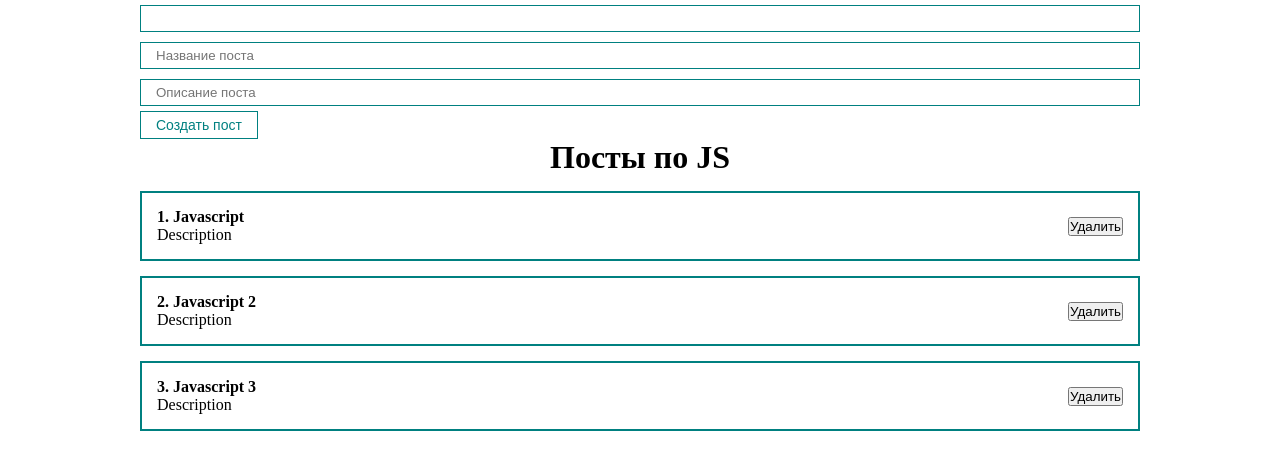
Repository: otvertka/ulb
Page: /
These files come from the project's save history. The page is drawn as it stood at one moment and after the next save; the edit follows.
The browser window is 1280 px wide. The pictures show the whole page.
The project was rebuilt for these pictures with package versions that can differ from the ones it lists, and the page was loaded fresh each time. Also part of the build but not shown: src/components/Counter.jsx, src/components/ClassCounter.jsx.

Above is the page before, as saved 2023-06-10 16:28:55.

### public/index.html
<!DOCTYPE html>
<html lang="en">
  <head>
    <meta charset="utf-8" />
    <meta name="viewport" content="width=device-width, initial-scale=1" />

    <title>React App</title>
  </head>
  <body>
    <noscript>You need to enable JavaScript to run this app.</noscript>
    <div id="root">
      <!-- ЗДЕСЬ БУДЕТ НАШЕ JS ПРИЛОЖЕНИЕ -->
    </div>
  </body>
</html>

### src/index.js
import React from "react";
import ReactDOM from "react-dom";
import App from "./App";

// const root = ReactDOM.createRoot(document.getElementById("root"));
// root.render(<App />);
ReactDOM.render(<App />, document.getElementById("root"));

### src/App.js
import React, { useState } from "react";
import Counter from "./components/Counter";
import ClassCounter from "./components/ClassCounter";
import "./styles/App.css";
import PostItem from "./components/PostItem";
import PostList from "./components/PostList";
import MyButton from "./components/UI/button/MyButton";
import MyInput from "./components/UI/input/MyInput";

function App() {
  const [posts, setPosts] = useState([
    { id: 1, title: "Javascript", body: "Description" },
    { id: 2, title: "Javascript 2", body: "Description" },
    { id: 3, title: "Javascript 3", body: "Description" },
  ]);

  // импортируем компонент
  return (
    <div className="App">
      <form>
        <MyInput></MyInput>
        <MyInput type="text" placeholder="Название поста"></MyInput>
        <MyInput type="text" placeholder="Описание поста"></MyInput>
        <MyButton disabled>Создать пост</MyButton>
      </form>
      <PostList posts={posts} title="Посты по JS" />
    </div>
  );
}

export default App;

### src/styles/App.css
* {
  margin: 0;
  padding: 0;
  box-sizing: border-box;
}

/* Рут- блок из index.html */
#root {
  display: flex;
  justify-content: center;
}

.App {
  width: 1000px;
}

.post {
  display: flex;
  padding: 15px;
  border: 2px solid teal;
  margin-top: 15px;
  justify-content: space-between;
  align-items: center;
}

### src/components/PostItem.jsx
import React from "react";

// Props - входные данные в контексте Реакта. Можно представлять, что это аргумент функции, в кот. мы можем что-то передавать снаружи
const PostItem = (props) => {
  console.log(props);
  return (
    <div className="post">
      <div className="post__content">
        <strong>
          {props.post.id}. {props.post.title}
        </strong>
        <div>{props.post.body}</div>
      </div>
      <div className="post__btns">
        <button>Удалить</button>
      </div>
    </div>
  );
};

export default PostItem;

### src/components/PostList.jsx
import React from "react";
import PostItem from "./PostItem";

const PostList = ({ posts, title }) => {
  return (
    <div>
      <h1 style={{ textAlign: "center" }}>{title}</h1>
      {posts.map((post) => (
        <PostItem post={post} key={post.id} />
      ))}
    </div>
  );
};

export default PostList;

### src/components/UI/button/MyButton.jsx
import React from "react";
import classes from "./MyButton.module.css";

const MyButton = ({ children, ...props }) => {
  return (
    //
    <button {...props} className={classes.myBtn}>
      {children}
    </button>
  );
};

export default MyButton;

### src/components/UI/input/MyInput.jsx
import React from "react";
import classes from "./MyInput.module.css";

const MyInput = (props) => {
  return (
    //
    <input className={classes.myInput} {...props} />
  );
};

export default MyInput;

Loaded but not shown: src/components/UI/button/MyButton.module.css (common file); src/components/UI/input/MyInput.module.css (common file)

After the next save:
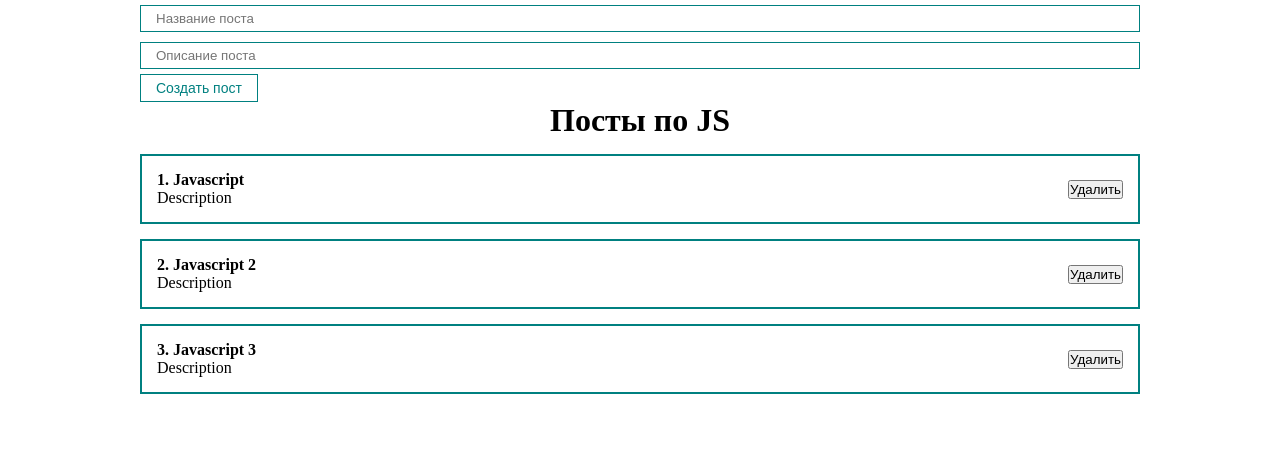
Saved 9 s later.
--- a/src/App.js
+++ b/src/App.js
@@ -18,7 +18,6 @@ function App() {
   return (
     <div className="App">
       <form>
-        <MyInput></MyInput>
         <MyInput type="text" placeholder="Название поста"></MyInput>
         <MyInput type="text" placeholder="Описание поста"></MyInput>
         <MyButton disabled>Создать пост</MyButton>
